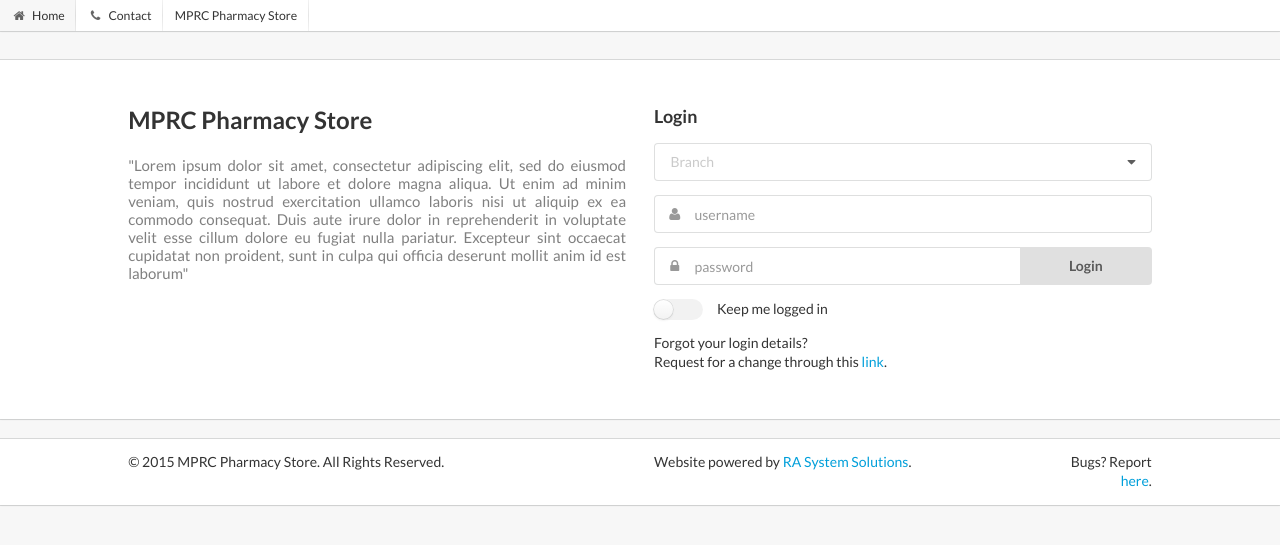
Repository: thdrwngkd/oims
Page: public/index.html
The author's editor kept a record of every edit. The page is drawn from the files as they stood at one moment, then again after the next edit.
The browser window is 1280 px wide. The pictures show the whole page.

Above is the page before.

After the next edit:
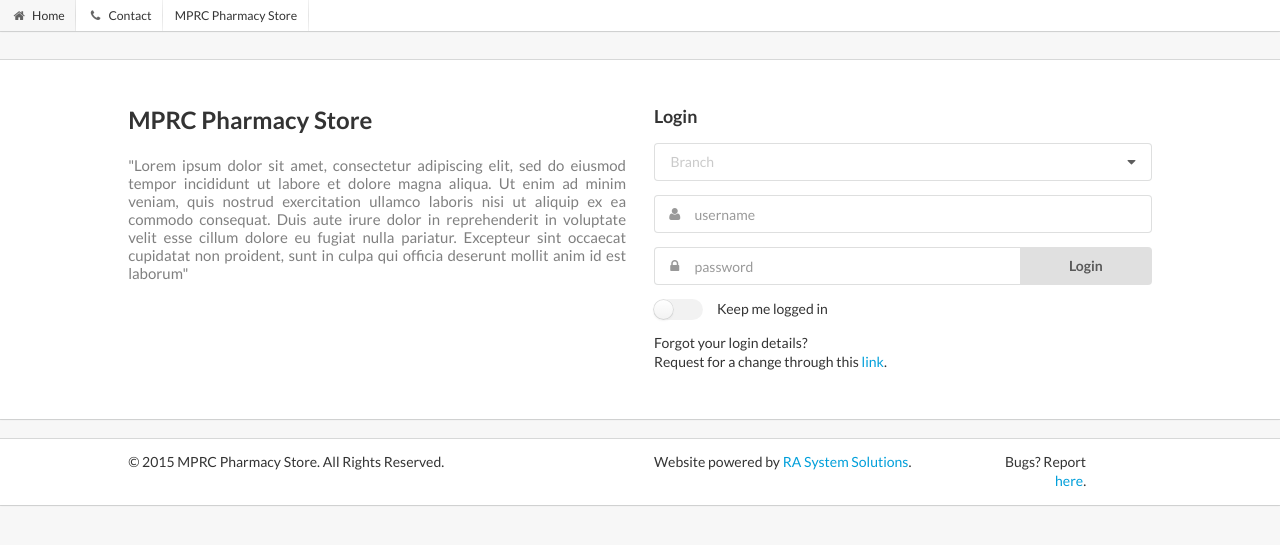
The edit:
--- a/public/index.html
+++ b/public/index.html
@@ -94,7 +94,7 @@
           <div class="eight wide column">
             <p>© 2015 MPRC Pharmacy Store. All Rights Reserved.</p>
           </div>
-          <div class="six wide column">
+          <div class="five wide column">
             <p>Website powered by <a href="">RA System Solutions</a>.</p>
           </div>
           <div class="right aligned two wide column">
